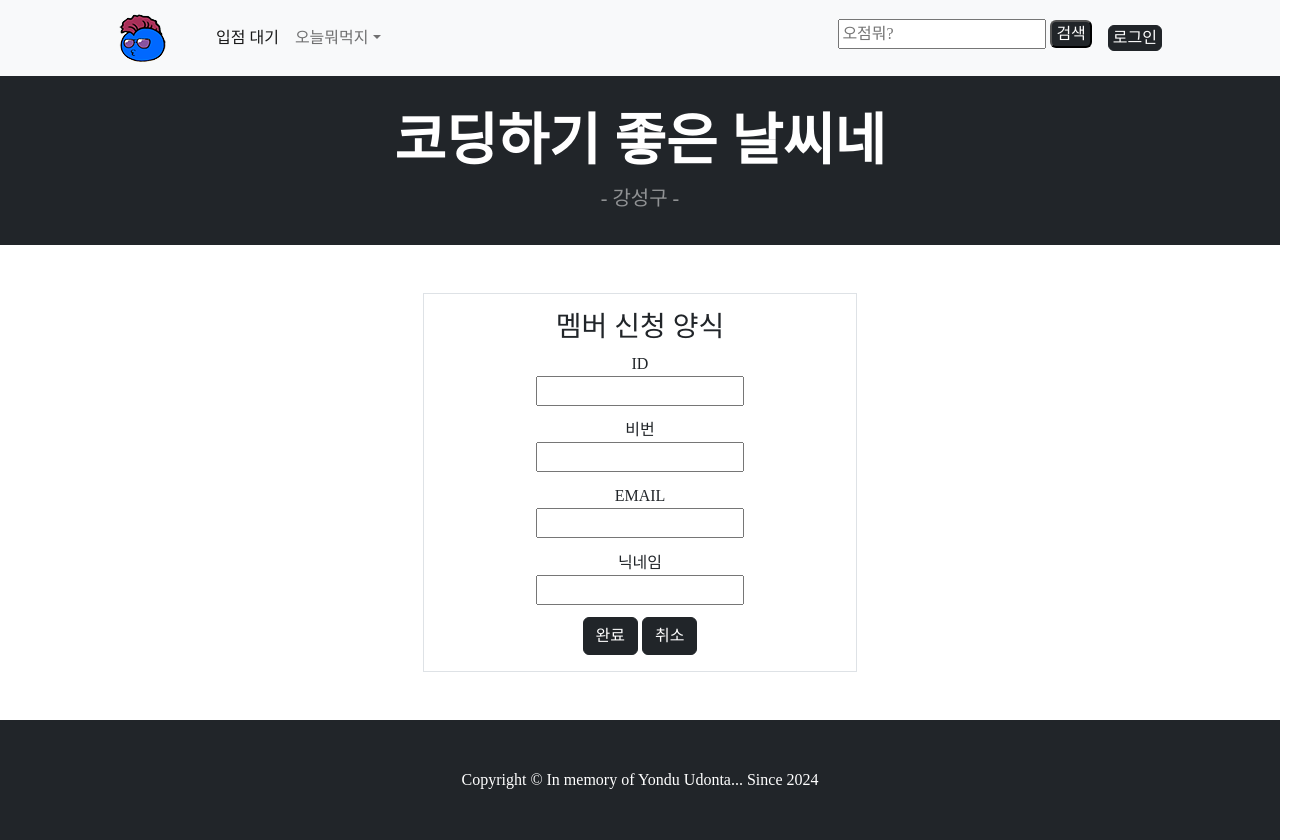
Repository: ashwan94/ydzone
Page: http://localhost/YonduZone/signUp
An editor plug-in stored every save of this project. The page is shown before and after a run of saves, followed by the edit.
The browser window is 1280 px wide. The page is 1292 px wide, so the pictures cover 1292 px, including what lies to the right of the window. The pictures show the whole page.
Some web fonts or font styles are not loaded; a fallback is used. The page is served by Tomcat 9. Other server files are loaded and not shown.

Above is the page before, as saved 2024-05-01 11:45:28.

### YonduZone/src/main/webapp/WEB-INF/views/common/signUp.jsp
<%@ page language="java" contentType="text/html; charset=UTF-8"
	pageEncoding="UTF-8"%>
<jsp:include page="/WEB-INF/views/common/header.jsp">
	<jsp:param value="회원가입" name="title" />
	<jsp:param value="코딩하기 좋은 날씨네" name="center" />
	<jsp:param value="- 강성구 -" name="content" />
</jsp:include>
<style>
	label{
		display:block;
		margin-bottom:3%;
	}
</style>

<div class="row my-5">
	<div class="col-4"></div>
	<div class="col-4 border py-3 text-center">
		<form action="/signUp" method="post" id="signUpForm">
		<h3>멤버 신청 양식</h3>
		<label>
			<div>ID</div>
			<input type="text" name="id">
		</label>
		<label>
			<div>비번</div>
			<input type="password" name="pw">
		</label>
		<label>
			<div>EMAIL</div>
			<input type="email" name="email">
		</label>
		<label>
			<div>닉네임</div>
			<input type="text" name="nickName">
		</label>
		<input type="hidden" value="${msg }" id="msg">
		<div class="text-center mt-2">
			<button type="submit" id="submitBtn" class="btn btn-dark">완료</button>
			<button type="button" id="backBtn" class="btn btn-dark">취소</button>
		</div>
		</form>
	</div>
	<div class="col-4"></div>
</div>

<script src="https://cdn.jsdelivr.net/npm/bootstrap@5.3.3/dist/js/bootstrap.bundle.min.js"></script>
<script src="/Bootstrap/js/scripts.js"></script>

<script>
	const msgEl = document.querySelector("#msg");
	if(msgEl.value != ""){
		alert(msgEl.value);
	}

	const submitBtn = document.querySelector("#submitBtn");
	const backBtn = document.querySelector("#backBtn");

	submitBtn.addEventListener("click", function(e) {
		e.preventDefault();

		const idEl = document.querySelector("[name='id']");
		const pwEl = document.querySelector("[name='pw']");
		const emailEl = document.querySelector("[name='email']");
		const nickNameEl = document.querySelector("[name='nickName']");

		if(idEl.value == "" || pwEl.value == "" || emailEl.value == "" || nickNameEl.value == "") {
			alert("누락된 정보가 있습니다.");
		}else{
			const form = document.querySelector("#signUpForm");
			form.submit();
		}
	})

	backBtn.addEventListener("click", function() {
		history.back();
	});
</script>
<jsp:include page="/WEB-INF/views/common/footer.jsp"/>

### YonduZone/src/main/webapp/WEB-INF/views/common/header.jsp
<%@ page language="java" contentType="text/html; charset=UTF-8"
	pageEncoding="UTF-8"%>
<%@ taglib prefix="c" uri="http://java.sun.com/jsp/jstl/core"%>
<!DOCTYPE html>
<html lang="en">
<head>
<meta charset="UTF-8">
<meta name="viewport"
	content="width=device-width, initial-scale=1, shrink-to-fit=no" />
<meta name="description" content="" />
<meta name="author" content="" />
<!-- Favicon-->
<link rel="icon" type="image/x-icon" href="assets/favicon.ico" />
<!-- Bootstrap icons-->
<link
	href="https://cdn.jsdelivr.net/npm/bootstrap-icons@1.5.0/font/bootstrap-icons.css"
	rel="stylesheet" />
<!-- Core theme CSS (includes Bootstrap)-->
<link href="/Bootstrap/css/styles.css" rel="stylesheet" />
<title>${param.title }</title>
<style>
	a{
		text-decoration:none;
		color:black;
	}
	a:hover{
		color:rgb(57, 151, 255);
	}

	@font-face {
    font-family: 'SUIT-Regular';
    src: url('https://cdn.jsdelivr.net/gh/projectnoonnu/noonfonts_suit@1.0/SUIT-Regular.woff2') format('woff2');
    font-weight: normal;
    font-style: normal;
	}

	* {
		font-family: 'SUIT-Regular';
	}
</style>

</head>
<body>
	<header>
		<nav class="navbar navbar-expand-lg navbar-light bg-light">
			<div class="container px-4 px-lg-5">
				<a class="navbar-brand" href="/main"><img src="${pageContext.request.contextPath }/Source/header/logo/main_logo.png" alt="Welcome to YouduZone!"></a>
				<button class="navbar-toggler" type="button" data-bs-toggle="collapse" data-bs-target="#navbarSupportedContent" aria-controls="navbarSupportedContent" aria-expanded="false" aria-label="Toggle navigation">
					<span class="navbar-toggler-icon"></span>
				</button>
				<div class="collapse navbar-collapse" id="navbarSupportedContent">
					<ul class="navbar-nav me-auto mb-2 mb-lg-0 ms-lg-4">
						<li class="nav-item">
							<a class="nav-link active" aria-current="page" href="/restaurant/stanby?userNo=${sessionScope.user.no }" data-value="${sessionScope.user.no }" id="stanbyRestaurant">입점 대기</a>
						</li>
						<li class="nav-item dropdown">
                            <a class="nav-link dropdown-toggle" id="navbarDropdown" href="#" role="button" data-bs-toggle="dropdown" aria-expanded="false">오늘뭐먹지</a>
                            <ul class="dropdown-menu text-center" aria-labelledby="navbarDropdown">
                                <li><a class="dropdown-item" href="/restaurant/category?category=밥">밥</a></li>
                                <li><a class="dropdown-item" href="/restaurant/category?category=국/찌개">국/찌개</a></li>
                                <li><a class="dropdown-item" href="/restaurant/category?category=면/분식">면/분식</a></li>
                                <li><a class="dropdown-item" href="/restaurant/category?category=야식">야식</a></li>
                            </ul>
                        </li>
					</ul>

					<form action="/restaurant/search" method="get" class="d-flex">
						<label>
							<input type="text" name="searchWord" placeholder="오점뭐?" id="searchBar">
							<button type="submit" class="badge bg-dark text-white fs-6 rounded-25 p-1 fw-normal me-3">검색</button>
						</label>
					</form>
					<c:choose>
						<c:when test="${not empty sessionScope.user }">
							<a href="/restaurant/add" class="badge d-flex bg-dark text-white mx-2 p-1 rounded-25 fs-6 fw-normal">밥집 추가</a>
							<a href="/user/view"><span class="badge bg-dark text-white p-1 rounded-25 fs-6 fw-normal me-2">${sessionScope.user.nickName } 님</span></a>
							<form action="/logout" method="get">
								<button type="submit" class="d-flex badge bg-dark text-white p-1 rounded-25 fs-6 fw-normal">로그아웃</button>
							</form>
						</c:when>
						<c:otherwise>
							<form action="/login" method="get" class="d-flex">
								<button type="submit" class="badge btn btn-outline-dark bg-dark text-white p-1 rounded-25 fs-6 fw-normal">로그인</button>
							</form>
							<input type="hidden" id="loginCheck" value="${empty sessionScope.user }">
						</c:otherwise>
					</c:choose>
				</div>
			</div>
		</nav>
		<div class="container-fluid bg-dark p-3">
			<div class="text-center text-white my-3">
				<h1 class="display-4 fw-bolder">${param.center }</h1>
				<p class="lead fw-normal text-white-50 mb-0">${param.content }</p>
			</div>
		</div>
	</header>

### YonduZone/src/main/webapp/WEB-INF/views/common/footer.jsp
<%@ page language="java" contentType="text/html; charset=UTF-8"
	pageEncoding="UTF-8"%>
<footer class="py-5 bg-dark">
<div class="container">
	<p class="m-0 text-center text-white">Copyright &copy; In memory of Yondu Udonta... Since 2024</p>
</div>
</footer>
<!-- Bootstrap core JS-->
<script src="https://cdn.jsdelivr.net/npm/bootstrap@5.3.3/dist/js/bootstrap.bundle.min.js"></script>
<!-- Core theme JS-->
<script src="/Bootstrap/js/scripts.js"></script>
<script>
	const priceEl = document.querySelectorAll(".price");

	priceEl.forEach(el => {
		if(el == null) {
			console.log("There are no any price elements");
		} else{
			el.innerText = parseInt(el.innerText).toLocaleString() + "원";
		}
	})

	/* const searchBar = document.querySelector("#searchBar");
	searchBar.select(); */

	const loginCheck = document.querySelector("#loginCheck");
	const stanbyRestaurant = document.querySelector("#stanbyRestaurant");

	stanbyRestaurant.addEventListener("click", function(e) {
		e.preventDefault();

		if(loginCheck) {
			alert("로그인 이후 이용 가능합니다.");
			location.href = "/login";
		}else{
			location.href = "/restaurant/stanby?userNo=" + stanbyRestaurant.getAttribute("data-value");
		}
	})
</script>
</body>
</html>

### YonduZone/src/main/java/common/SignUpServlet.java
package common;

import java.io.IOException;
import java.net.URLEncoder;

import javax.servlet.ServletContext;
import javax.servlet.ServletException;
import javax.servlet.annotation.WebServlet;
import javax.servlet.http.HttpServlet;
import javax.servlet.http.HttpServletRequest;
import javax.servlet.http.HttpServletResponse;

import org.apache.ibatis.session.SqlSession;

import user.UserService;
import user.UserVO;

/**
 * Servlet implementation class SignUpServlet
 */
@WebServlet("/signUp")
public class SignUpServlet extends HttpServlet {
	private UserService service;

	@Override
		public void init() throws ServletException {
			ServletContext servletContext = getServletContext();
			SqlSession session = (SqlSession) servletContext.getAttribute("sqlSession");
			this.service = new UserService(session);
		}

	protected void doGet(HttpServletRequest request, HttpServletResponse response) throws ServletException, IOException {
		request.getRequestDispatcher("/WEB-INF/views/common/signUp.jsp").forward(request, response);
	}

	protected void doPost(HttpServletRequest request, HttpServletResponse response) throws ServletException, IOException {
		String id = request.getParameter("id");
		String pw = request.getParameter("pw");
		String email = request.getParameter("email");
		String nickName = request.getParameter("nickName");

		UserVO checkUser = service.getUser(new UserVO(id, pw));

		if(checkUser == null) {
			int insertUser = service.insertUser(new UserVO(id, pw, email, nickName));

			if(insertUser > 0) {
				String msg = URLEncoder.encode("회원가입이 완료되었습니다!", "UTF-8");
				response.sendRedirect("/login?msg=" + msg);
			}

		}else {
			request.setAttribute("msg", "이미 존재하는 계정입니다.");
			request.getRequestDispatcher("/WEB-INF/views/common/signUp.jsp").forward(request, response);
		}


	}

}

Loaded but not shown: YonduZone/src/main/webapp/Bootstrap/css/styles.css (library); YonduZone/src/main/webapp/Bootstrap/js/scripts.js (common file)

After the next 2 saves:
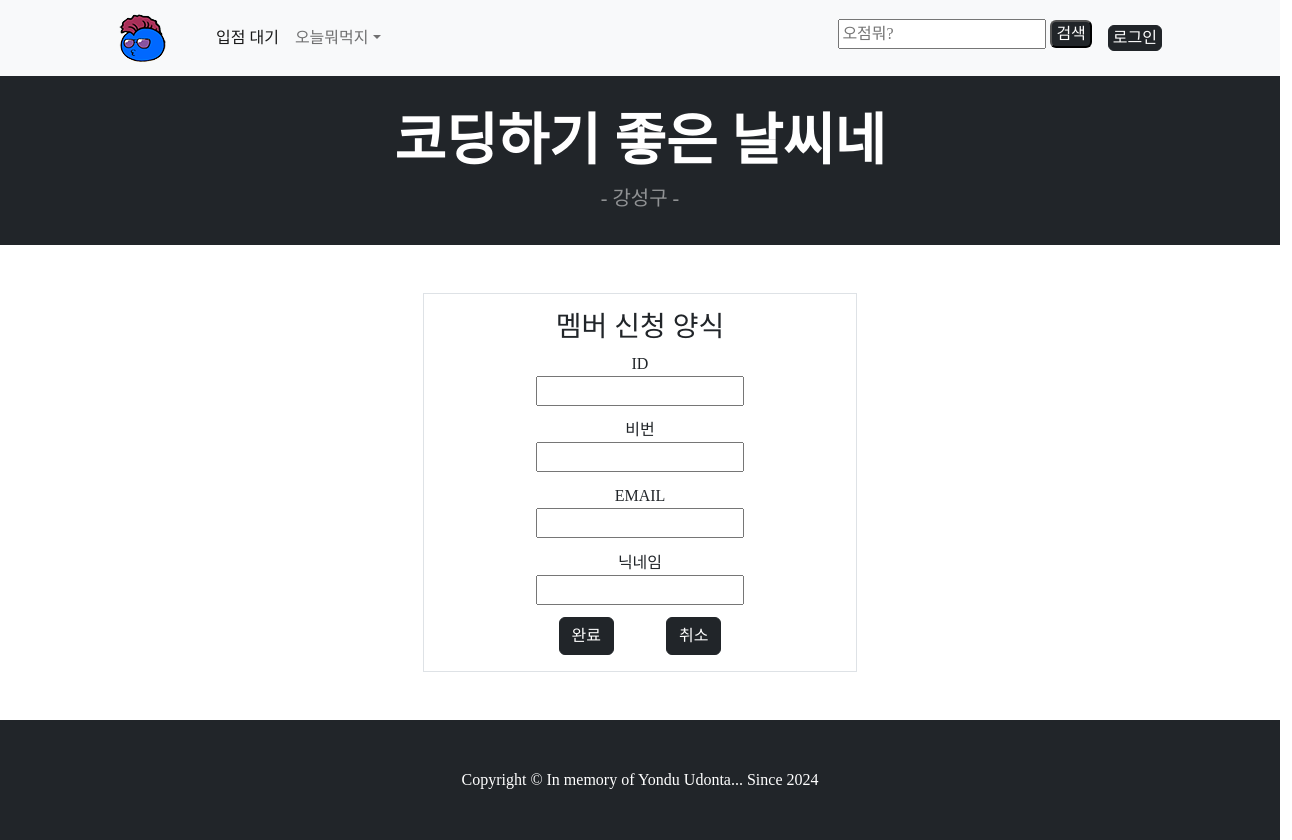
The 2 saves are shown as one change because they came seconds apart.
The last was saved 8 s later.
--- a/YonduZone/src/main/webapp/WEB-INF/views/common/signUp.jsp
+++ b/YonduZone/src/main/webapp/WEB-INF/views/common/signUp.jsp
@@ -35,7 +35,7 @@
 		</label>
 		<input type="hidden" value="${msg }" id="msg">
 		<div class="text-center mt-2">
-			<button type="submit" id="submitBtn" class="btn btn-dark">완료</button>
+			<button type="submit" id="submitBtn" class="btn btn-dark me-5">완료</button>
 			<button type="button" id="backBtn" class="btn btn-dark">취소</button>
 		</div>
 		</form>
